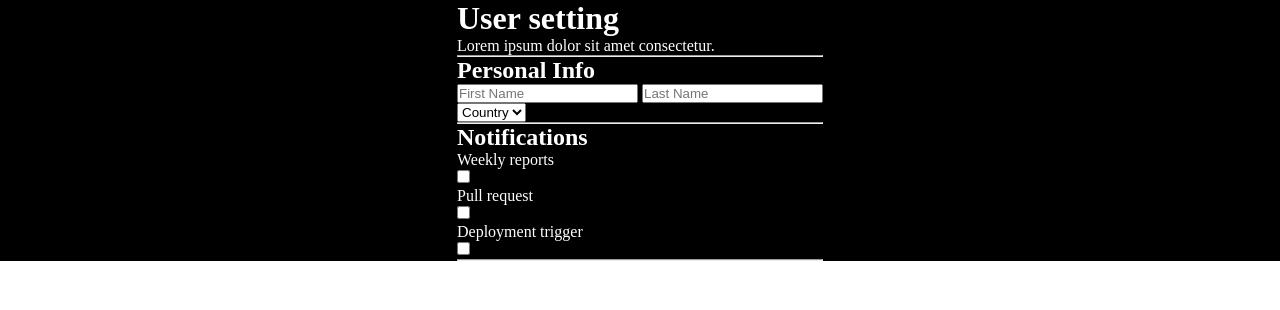
Repository: imokha01/DOM
Page: index.html
These files come from the project's save history. The page is drawn as it stood at one moment and after a run of saves; the edit follows.
The browser window is 1280 px wide. The pictures show the whole page.

Above is the page before, as saved 2023-12-19 17:16:39.

### index.html
<!DOCTYPE html>
<html lang="en">
  <head>
    <meta charset="UTF-8" />
    <meta name="viewport" content="width=device-width, initial-scale=1.0" />
    <title>Document</title>
    <link rel="stylesheet" href="./index.css" />
  </head>
<body>
  <div class="form_container">
    <form action="#">
      <div>
          <h1>User setting</h1>
          <p id="userPara">Lorem ipsum dolor sit amet consectetur.</p>
      </div>
      <hr>
      <div>
        <h2>Personal Info</h2>
        <input type="text" class="firstName" placeholder="First Name">
        <input type="text" class="lastName" placeholder="Last Name"> <br>
        <select>
            <option value="country" disabled hidden selected>Country</option>
            <option value="Nigeria">Nigeria</option>
            <option value="ghana">Ghana</option>
            <option value="algeria">Algeria</option>
        </select>
        <hr>
        <div>
          <h2>Notifications</h2>
          <div class="weeklyReport">
            <p class="week-para">Weekly reports</p>
            <!-- Rounded switch -->
            <label class="switch">
                 <input type="checkbox">
                <span class="slider round"></span>
            </label>
          </div>
          <div class="pullRequest">
            <p class="pull-para">Pull request</p>
            <!-- Rounded switch -->
            <label class="switch">
                 <input type="checkbox">
                <span class="slider round"></span>
            </label>
          </div>
          <div class="deployment">
            <p class="depoly-para">Deployment trigger</p>
            <!-- Rounded switch -->
          <label class="switch">
                 <input type="checkbox">
                <span class="slider round"></span>
            </label>
          </div>
          <hr>



        </div>
      </div>
    </form>


  </div>
    <script src="./index.js"></script>
  </body>
</html>

### index.css
* {
    margin: 0;
    padding: 0;
    box-sizing: border-box;
}

.form_container {
    display: flex;
    justify-content: center;
    align-items: center;
    gap: 2px;
    background-color: black;
    color: while;
}

form {
    color: white;
}

#userPara {
    padding-bottom: ;
}







/* * The switch - the box around the slider */
/* .switch {
  position: relative;
  display: inline-block;
  width: 60px;
  height: 34px;
} */

/* Hide default HTML checkbox */
/* .switch input {
  opacity: 0;
  width: 0;
  height: 0;
} */

/* The slider */
/* .slider {
  position: absolute;
  cursor: pointer;
  top: 0;
  left: 0;
  right: 0;
  bottom: 0;
  background-color: #ccc;
  -webkit-transition: .4s;
  transition: .4s;
} */

.slider:before {
  position: absolute;
  content: "";
  height: 26px;
  width: 26px;
  left: 4px;
  bottom: 4px;
  -webkit-transition: .4s;
  transition: .4s;
}

input:checked + .slider {
  background-color: #2196F3;
}

input:focus + .slider {
  box-shadow: 0 0 1px #2196F3;
}

input:checked + .slider:before {
  -webkit-transform: translateX(26px);
  -ms-transform: translateX(26px);
  transform: translateX(26px);
}

/* Rounded sliders */
.slider.round {
  border-radius: 34px;
}

.slider.round:before {
  border-radius: 50%;
} */

### index.js
// const button = document.getElementsByTagName("button")[0]
// console.log(button)

// button.style.backgroundColor = "skyblue"
// button.style.padding = "20px";
// button.style.border = "none";
// button.style.borderRadius = "10px";
// button.style.fontSize  = "1.5em";
// button.style.color = "red";

// const body = document.querySelector("body")
// body.style.backgroundColor = "lightgreen";

const newDiv = document.createElement("div");
const newContent = document.createTextNode("hey, What is up");
newDiv.appendChild(newContent);
console.log(newDiv)

const button = document.createElement("button")

After the next 2 saves:
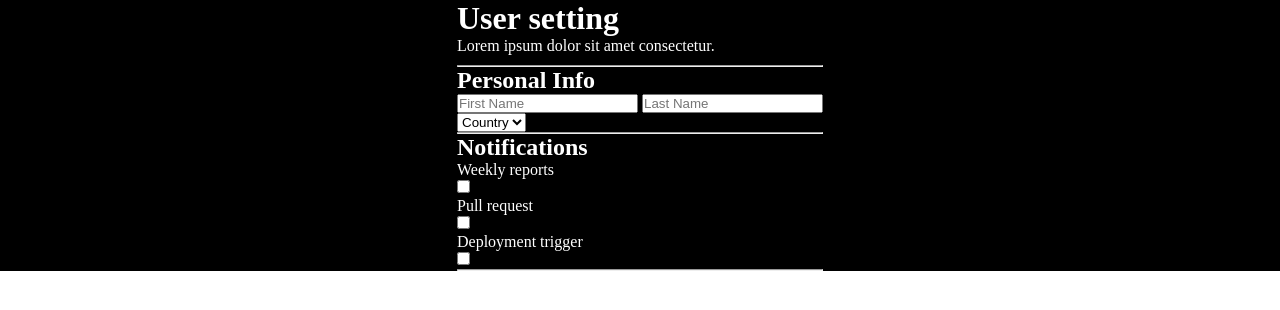
The 2 saves are shown as one change because they came seconds apart.
The last was saved 7 s later.
--- a/index.css
+++ b/index.css
@@ -18,7 +18,7 @@ form {
 }
 
 #userPara {
-    padding-bottom: ;
+    padding-bottom: 10px;
 }
 
 
